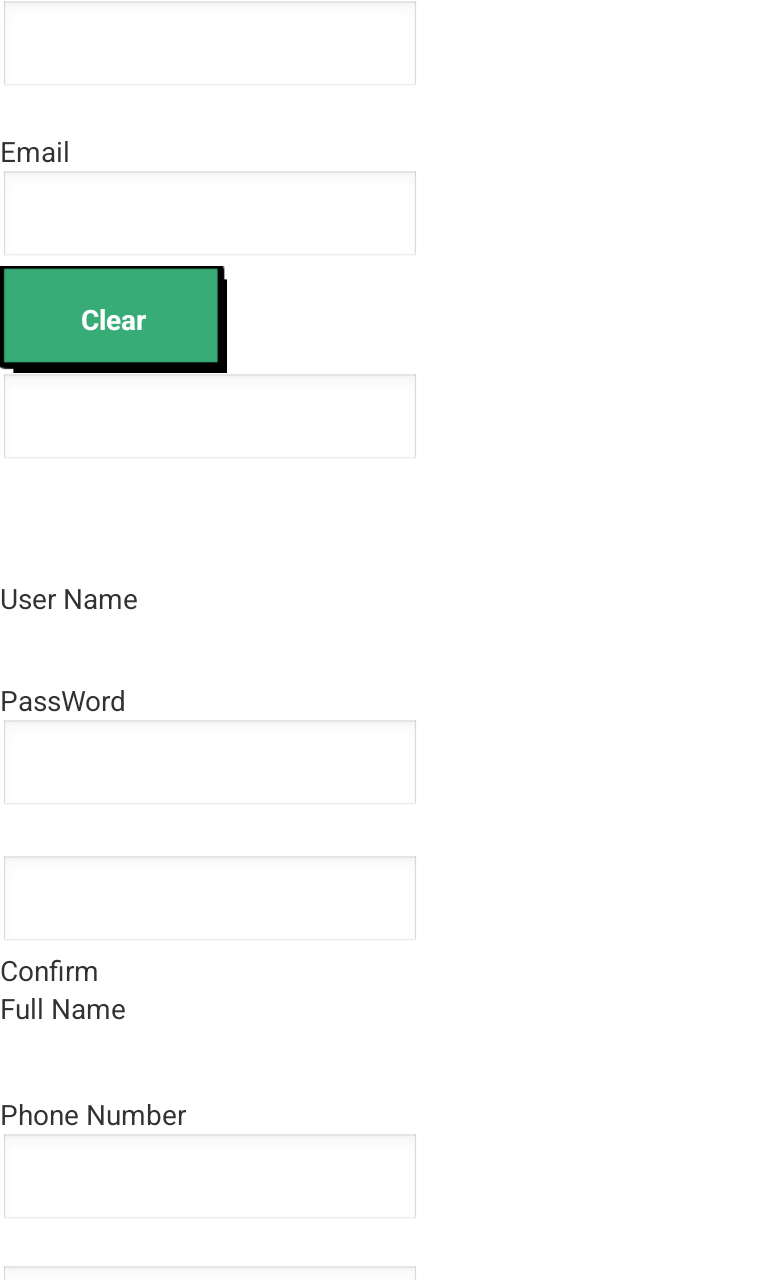
Repository: VanThi/Smart_Order
Layout: Project OS/Project_SO/res/layout/activity_register.xml
These files come from the project's save history. The layout is drawn as it stood at one moment and after the next save; the edit follows.
It is drawn on a 768 x 1280 px phone screen (xhdpi) without system bars, with theme android:Theme.Light.NoTitleBar.Fullscreen; the app's code is not run.

Above is the layout before, as saved 2013-11-09 11:34:05.

After the next save:
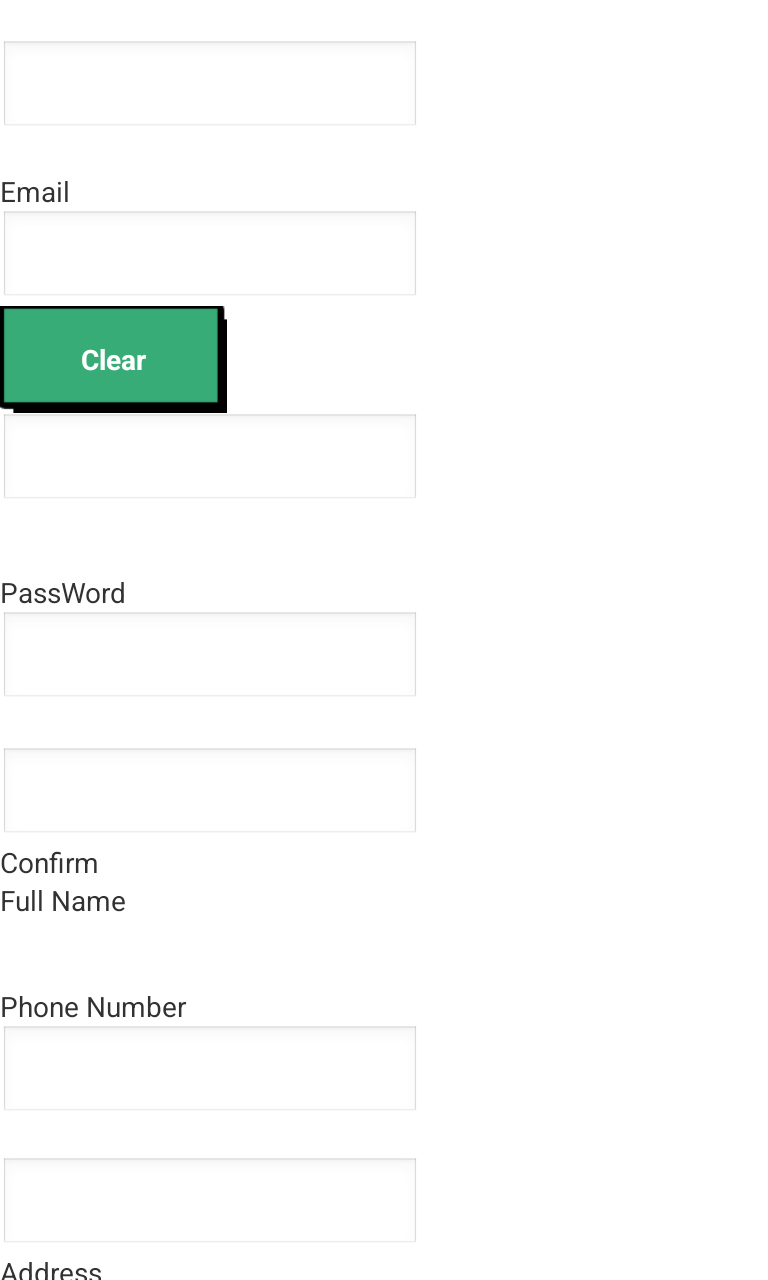
Saved 73 s later.
--- a/Project OS/Project_SO/res/layout/activity_register.xml
+++ b/Project OS/Project_SO/res/layout/activity_register.xml
@@ -18,7 +18,23 @@
         android:layout_weight="1"
         android:text="@string/registerForm"
         android:textAppearance="?android:attr/textAppearanceLarge" />
+    <LinearLayout
+        android:layout_width="wrap_content"
+        android:layout_height="wrap_content"
+        android:layout_weight="1"
+        android:orientation="horizontal"
+        >
 
+    <TextView
+        android:id="@+id/tv_userName"
+        android:layout_width="wrap_content"
+        android:layout_height="wrap_content"
+        android:layout_alignLeft="@+id/tv_fullName"
+        android:layout_below="@+id/registerForm"
+        android:layout_marginTop="55dp"
+        android:ems="8"
+        android:text="@string/userName" />
+    </LinearLayout>
     <EditText
         android:id="@+id/et_userName"
         android:layout_width="wrap_content"
@@ -67,15 +83,6 @@
         android:ems="10"
         android:inputType="text" />
 
-    <TextView
-        android:id="@+id/tv_userName"
-        android:layout_width="wrap_content"
-        android:layout_height="wrap_content"
-        android:layout_alignLeft="@+id/tv_fullName"
-        android:layout_below="@+id/registerForm"
-        android:layout_marginTop="55dp"
-        android:ems="8"
-        android:text="@string/userName" />
 
     <TextView
         android:id="@+id/tv_pass"
